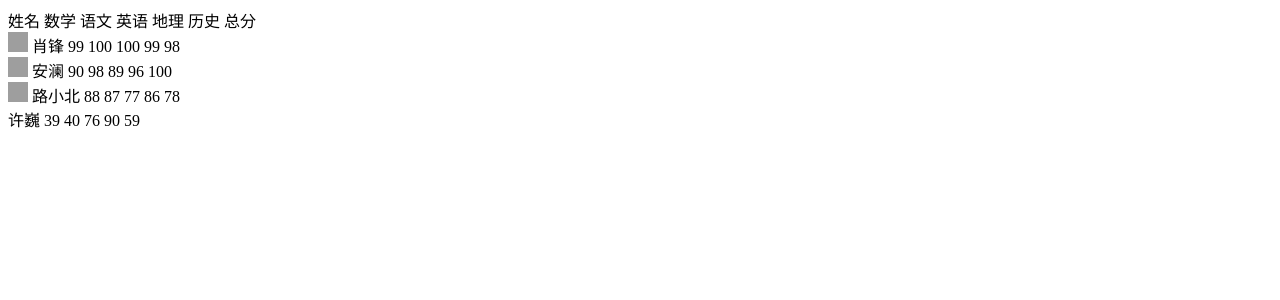
Repository: saswhite/banyuan-class
Page: 9.7作业/index.html
These files come from the project's save history. The page is drawn as it stood at one moment and after the next save; the edit follows.
The browser window is 1280 px wide. The pictures show the whole page.
Pictures or frames that could not be fetched are drawn as grey boxes.

Above is the page before, as saved 2020-09-07 19:22:30.

### 9.7作业/index.html
<!DOCTYPE html>
<html lang="en">

<head>
    <meta charset="UTF-8">
    <meta name="viewport" content="width=device-width, initial-scale=1.0">
    <title>Score</title>
    <style>
        .img img {
            width: 20px;
            height: 20px;
        }

        th {
            display: inline-block;
            width: 50px;
        }

        td {
            display: inline-block;
            width: 50px;
        }
    </style>

</head>

<body>
    <div id="app">

    </div>
</body>
<script src="https://cdn.jsdelivr.net/npm/vue/dist/vue.js"></script>
<script>
    // function sortByKey(array, key) {
    //     return array.sort((a, b) => {
    //         let x = a[key]
    //         let y = b[key]
    //         return (x < y) ? 1 : ((x > y) ? -1 : 0)
    //     })
    // }

    let app = new Vue({
        el: '#app',
        template: `<div>
            <div>
                <span></span>
                <span>姓名</span>
                <span>数学</span>
                <span>语文</span>
                <span>英语</span>
                <span>地理</span>
                <span>历史</span>
                <span>总分</span>
            </div>
            <template v-for="(item,index) in list">
                <div>
                    <span class="img">
                        <img src="./第一名.jpg" alt="" v-if="index == 0">
                        <img src="./第二名.jpeg" alt="" v-else-if="index == 1">
                        <img src="./第三名.jpeg" alt="" v-else-if="index == 2">
                        <div v-else></div>
                    </span>
                    <span>
                        {{ item.name }}
                    </span>
                    <template v-for="score in item">
                        <template v-for="itemScore in score">
                            <span>{{ itemScore.math }}</span>
                            <span>{{ itemScore.chinese }}</span>
                            <span>{{ itemScore.english }}</span>
                            <span>{{ itemScore.geography }}</span>
                            <span>{{ itemScore.history }}</span>
                        </template>
                    </template>
                    <span>
                        {{ item.allScore }}
                    </span>
                </div>
            </template>

        </div>`,
        data: {
            list: [
                {
                    name: '肖锋',
                    score: [{
                        math: 99, chinese: 100, english: 100, geography: 99, history: 98
                    }],
                    allCount: 496
                },
                {
                    name: '安澜',
                    score: [{
                        math: 90, chinese: 98, english: 89, geography: 96, history: 100
                    }],
                    allCount: 473
                },
                {
                    name: '路小北',
                    score: [{
                        math: 88, chinese: 87, english: 77, geography: 86, history: 78
                    }],
                    allCount: 416
                },
                {
                    name: '许巍',
                    score: [{
                        math: 39, chinese: 40, english: 76, geography: 90, history: 59
                    }],
                    allCount: 304
                },
            ]

        },
        // computed: {
        //     sortByAllCount: function () {
        //         return sortByKey(this.list, 'allCount')
        //     }
        // },
    })
</script>

</html>

After the next save:
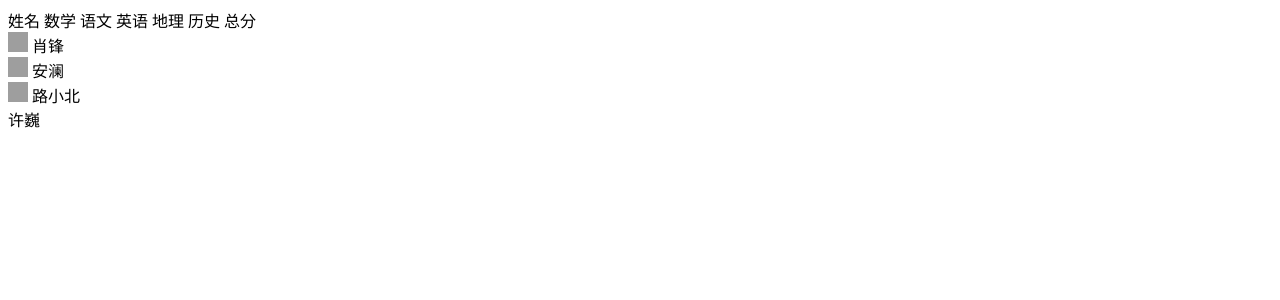
Saved 53 s later.
--- a/9.7作业/index.html
+++ b/9.7作业/index.html
@@ -63,7 +63,6 @@
                     <span>
                         {{ item.name }}
                     </span>
-                    <template v-for="score in item">
                         <template v-for="itemScore in score">
                             <span>{{ itemScore.math }}</span>
                             <span>{{ itemScore.chinese }}</span>
@@ -71,7 +70,7 @@
                             <span>{{ itemScore.geography }}</span>
                             <span>{{ itemScore.history }}</span>
                         </template>
-                    </template>
+
                     <span>
                         {{ item.allScore }}
                     </span>

After the save that followed:
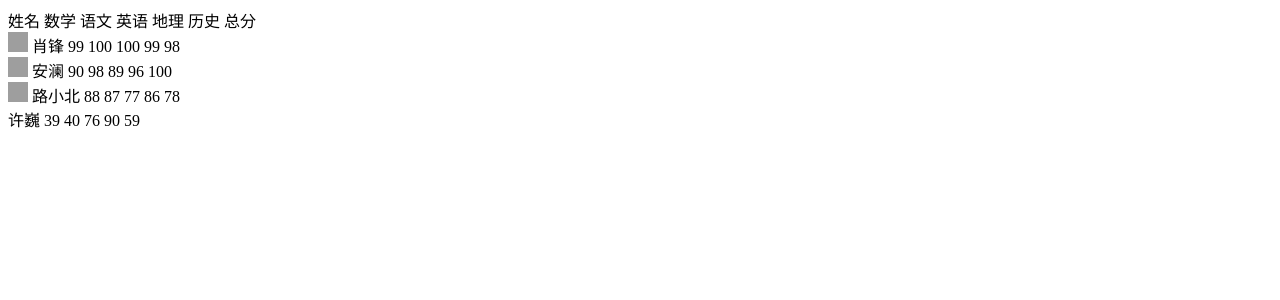
Saved 8 s later.
--- a/9.7作业/index.html
+++ b/9.7作业/index.html
@@ -63,7 +63,7 @@
                     <span>
                         {{ item.name }}
                     </span>
-                        <template v-for="itemScore in score">
+                        <template v-for="itemScore in item.score">
                             <span>{{ itemScore.math }}</span>
                             <span>{{ itemScore.chinese }}</span>
                             <span>{{ itemScore.english }}</span>
